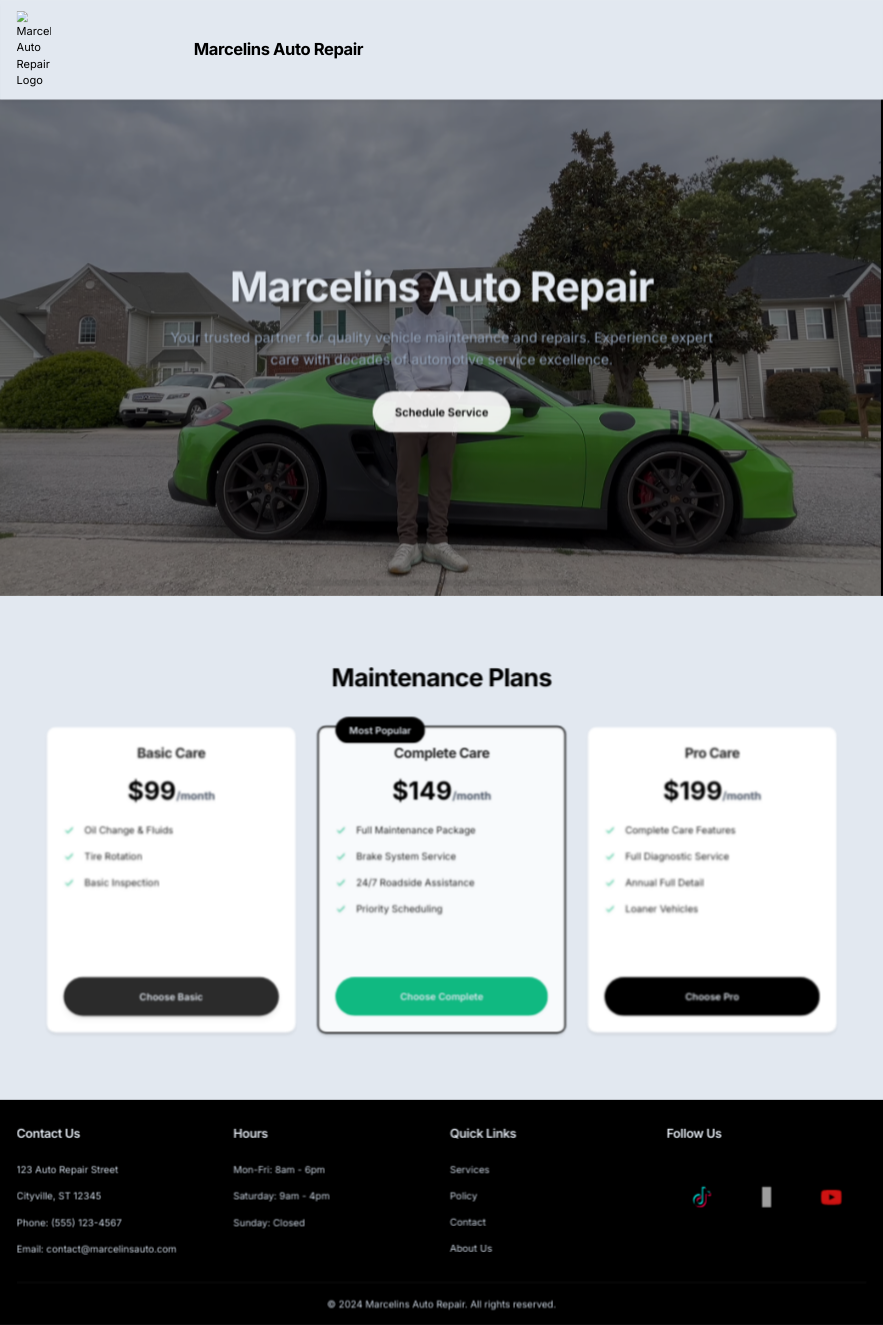
Repository: ilovegames507/twebsite-2
Page: frontend/public/index.html
The author's editor kept a copy of each file at every save. The page is drawn from the files as they stood at one save, then again after the next save.
The browser window is 1280 px wide. The pictures show the whole page, at 69% of full size.
The pointer rests on the first visible `.pricing__cta`.
Pictures or frames that could not be fetched are drawn as grey boxes.

Above is the page before, as saved 2025-03-17 22:06:32.

### frontend/public/index.html
<!DOCTYPE html>
<html lang="en">

<head>

  <head>
    <meta charset="UTF-8" />
    <meta name="viewport" content="width=device-width, initial-scale=1.0" />
    <link rel="preconnect" href="https://fonts.googleapis.com" />
    <link rel="preconnect" href="https://fonts.gstatic.com" crossorigin />
    <link
      href="https://fonts.googleapis.com/css2?family=Inter:ital,opsz,wght@0,14..32,100..900;1,14..32,100..900&family=Source+Code+Pro:ital,wght@0,200..900;1,200..900&display=swap"
      rel="stylesheet" />
    <link rel="stylesheet" href="styles/modern-normalize.css" />
    <link rel="stylesheet" href="styles/global.css" />
    <link rel="stylesheet" href="styles/components/header.css" />
    <link rel="stylesheet" href="styles/components/hero.css" />
    <link rel="stylesheet" href="styles/components/pricing.css" />

    <link rel="stylesheet" href="styles/components/footer.css" />
    <link rel="stylesheet" href="styles/utils.css" />

    <link rel="icon" type="image/x-icon" href="/src/Images/favicon.ico">
    <title>Marcelins Auto Repair</title>
  </head>
</head>

<body>
  <header class="header">
    <div class="header__container">
      <img src="/src/Images/favicon.ico" class="header__logo" alt="Marcelins Auto Repair Logo">
      <a href="/" class="header__title">Marcelins Auto Repair</a>
      <nav class="header__nav">
        <a class="header__link" href="#pricing">Servies</a>
        <a class="header__link" href="#features">Policy</a>
        <a class="header__link" href="#contact">Contact</a>
        <div class="header__btn-container">
          <button class="header__btn">Login</button>
          <button class="header__btn">Sign Up</button>
        </div>
      </nav>

      <button class="header__bars">
        <svg xmlns="http://www.w3.org/2000/svg" height="24px" viewBox="0 -960 960 960" width="24px">
          <path d="M120-240v-80h720v80H120Zm0-200v-80h720v80H120Zm0-200v-80h720v80H120Z" />
        </svg>
      </button>
    </div>
  </header>
  <section class="hero">
    <div class="hero__content">
      <h1 class="hero__title">Marcelins Auto Repair</h1>
      <p class="hero__description">Your trusted partner for quality vehicle maintenance and repairs. Experience expert
        care with decades of automotive service excellence.</p>
      <button class="hero__cta">Schedule Service</button>
    </div>
  </section>
<section class="pricing">
  <div class="pricing__container">
    <h2 class="pricing__title">Maintenance Plans</h2>
    <div class="pricing__cards">
      <div class="pricing__card">
        <h3 class="pricing__package">Basic Care</h3>
        <div class="pricing__amount">$99<span class="pricing__frequency">/month</span></div>
        <ul class="pricing__perks">
          <li class="pricing__perk">
            <svg class="pricing__checkmark" xmlns="http://www.w3.org/2000/svg" viewBox="0 0 24 24" fill="currentColor">
              <path d="M9 16.17 4.83 12l-1.42 1.41L9 19 21 7l-1.41-1.41z"/>
            </svg>
            Oil Change & Fluids
          </li>
          <li class="pricing__perk">
            <svg class="pricing__checkmark" xmlns="http://www.w3.org/2000/svg" viewBox="0 0 24 24" fill="currentColor">
              <path d="M9 16.17 4.83 12l-1.42 1.41L9 19 21 7l-1.41-1.41z"/>
            </svg>
            Tire Rotation
          </li>
          <li class="pricing__perk">
            <svg class="pricing__checkmark" xmlns="http://www.w3.org/2000/svg" viewBox="0 0 24 24" fill="currentColor">
              <path d="M9 16.17 4.83 12l-1.42 1.41L9 19 21 7l-1.41-1.41z"/>
            </svg>
            Basic Inspection
          </li>
        </ul>
        <button class="pricing__cta">Choose Basic</button>
      </div>

      <div class="pricing__card pricing__card--featured">
        <div class="pricing__badge">Most Popular</div>
        <h3 class="pricing__package">Complete Care</h3>
        <div class="pricing__amount">$149<span class="pricing__frequency">/month</span></div>
        <ul class="pricing__perks">
          <li class="pricing__perk">
            <svg class="pricing__checkmark" xmlns="http://www.w3.org/2000/svg" viewBox="0 0 24 24" fill="currentColor">
              <path d="M9 16.17 4.83 12l-1.42 1.41L9 19 21 7l-1.41-1.41z"/>
            </svg>
            Full Maintenance Package
          </li>
          <li class="pricing__perk">
            <svg class="pricing__checkmark" xmlns="http://www.w3.org/2000/svg" viewBox="0 0 24 24" fill="currentColor">
              <path d="M9 16.17 4.83 12l-1.42 1.41L9 19 21 7l-1.41-1.41z"/>
            </svg>
            Brake System Service
          </li>
          <li class="pricing__perk">
            <svg class="pricing__checkmark" xmlns="http://www.w3.org/2000/svg" viewBox="0 0 24 24" fill="currentColor">
              <path d="M9 16.17 4.83 12l-1.42 1.41L9 19 21 7l-1.41-1.41z"/>
            </svg>
            24/7 Roadside Assistance
          </li>
          <li class="pricing__perk">
            <svg class="pricing__checkmark" xmlns="http://www.w3.org/2000/svg" viewBox="0 0 24 24" fill="currentColor">
              <path d="M9 16.17 4.83 12l-1.42 1.41L9 19 21 7l-1.41-1.41z"/>
            </svg>
            Priority Scheduling
          </li>
        </ul>
        <button class="pricing__cta pricing__cta--featured">Choose Complete</button>
      </div>

      <div class="pricing__card">
        <h3 class="pricing__package">Pro Care</h3>
        <div class="pricing__amount">$199<span class="pricing__frequency">/month</span></div>
        <ul class="pricing__perks">
          <li class="pricing__perk">
            <svg class="pricing__checkmark" xmlns="http://www.w3.org/2000/svg" viewBox="0 0 24 24" fill="currentColor">
              <path d="M9 16.17 4.83 12l-1.42 1.41L9 19 21 7l-1.41-1.41z"/>
            </svg>
            Complete Care Features
          </li>
          <li class="pricing__perk">
            <svg class="pricing__checkmark" xmlns="http://www.w3.org/2000/svg" viewBox="0 0 24 24" fill="currentColor">
              <path d="M9 16.17 4.83 12l-1.42 1.41L9 19 21 7l-1.41-1.41z"/>
            </svg>
            Full Diagnostic Service
          </li>
          <li class="pricing__perk">
            <svg class="pricing__checkmark" xmlns="http://www.w3.org/2000/svg" viewBox="0 0 24 24" fill="currentColor">
              <path d="M9 16.17 4.83 12l-1.42 1.41L9 19 21 7l-1.41-1.41z"/>
            </svg>
            Annual Full Detail
          </li>
          <li class="pricing__perk">
            <svg class="pricing__checkmark" xmlns="http://www.w3.org/2000/svg" viewBox="0 0 24 24" fill="currentColor">
              <path d="M9 16.17 4.83 12l-1.42 1.41L9 19 21 7l-1.41-1.41z"/>
            </svg>
            Loaner Vehicles
          </li>
        </ul>
        <button class="pricing__cta">Choose Pro</button>
      </div>
    </div>
  </div>
</section>

  <footer class="footer">
    <div class="footer__container">
      <div class="footer__content">
        <div class="footer__section">
          <h3 class="footer__heading">Contact Us</h3>
          <p class="footer__text">123 Auto Repair Street</p>
          <p class="footer__text">Cityville, ST 12345</p>
          <p class="footer__text">Phone: (555) 123-4567</p>
          <p class="footer__text">Email: contact@marcelinsauto.com</p>
        </div>

        <div class="footer__section">
          <h3 class="footer__heading">Hours</h3>
          <p class="footer__text">Mon-Fri: 8am - 6pm</p>
          <p class="footer__text">Saturday: 9am - 4pm</p>
          <p class="footer__text">Sunday: Closed</p>
        </div>

        <div class="footer__section">
          <h3 class="footer__heading">Quick Links</h3>
          <a href="#services" class="footer__link">Services</a>
          <a href="#policy" class="footer__link">Policy</a>
          <a href="#contact" class="footer__link">Contact</a>
          <a href="#about" class="footer__link">About Us</a>
        </div>

        <div class="footer__section">
          <h3 class="footer__heading">Follow Us</h3>
          <div class="footer__socials">
            <a href="#" class="footer__social-link" aria-label="TicTok">
              <img src="src/Images/tictok.svg" alt="TicTok">
            </a>
            <a href="#" class="footer__social-link" aria-label="Instagram">
              <img src="src/Images/instagram.svg" alt="Instagram">
            </a>
            <a href="#" class="footer__social-link" aria-label="YouTube">
              <img src="src/Images/youtube.svg" alt="YouTube">
            </a>
          </div>
        </div>
      </div>

      <div class="footer__bottom">
        <p class="footer__copy">&copy; 2024 Marcelins Auto Repair. All rights reserved.</p>
      </div>
    </div>
  </footer>
  <script>
    document.querySelector('.header__bars').addEventListener('click', function () {
      document.querySelector('.header').classList.toggle('header--mobile-open');
    });
  </script>
</body>

</html>

### frontend/public/styles/global.css
:root {
  /* fonts */
  --font-primary: 'Inter', sans-serif;
  --font-secondary: 'Source Code Pro', monospace;

  /* colors */
  --clr-dark: #000000;
  --clr-gray: #2b2b2b;
  --clr-light: #ffffff;
  --clr-white: rgb(255, 255, 255);
  --clr-green: #10b981;

  --clr-slate50: #f8fafc;
  --clr-slate100: #f1f5f9;
  --clr-light: #e2e8f0;
  --clr-slate300: #cbd5e1;
  --clr-text: #94a3b8;
  --clr-slate800: #1e293b;
  --clr-bg: #0a101f;

  --clr-muted: #4a5566;

  /* shadow */
  --shadow: 0 4px 6px -1px rgba(0, 0, 0, 0.1);

  /* transtion */
  --transition: all 0.3s cubic-bezier(0.4, 0, 0.2, 1);

  /* sizes */
  --size-xxs: 0.5rem;
  --size-xs: 0.75rem;
  --size-sm: 0.875rem;
  --size-base: 1rem;
  --size-lg: 1.125rem;
  --size-xl: 1.25rem;
  --size-2xl: 1.5rem;
  --size-3xl: 1.875rem;
  --size-4xl: 2.25rem;
  --size-5xl: 3rem;
  --size-6xl: 3.75rem;
  --size-7xl: 4.5rem;
  --size-8xl: 6rem;
  --size-9xl: 8rem;
  --size-10xl: 10rem;
}

* {
  margin: 0;
  padding: 0;
  line-height: calc(1em + 0.5rem);
  animation: fadeIn 0.5s cubic-bezier(0.4, 0, 0.2, 1) both;
  animation-delay: 0.01s;
}

body {
  font-family: var(--font-primary);
  background-color: var(--clr-light);
  color: var(--clr-dark);
}

img,
picture,
video,
canvas,
svg {
  display: block;
  max-width: 100%;
}

input,
button,
textarea,
select {
  font: inherit;
}

button {
  border: none;
  background: none;
  color: inherit;
  cursor: pointer;
}

h1,
h2,
h3,
h4,
h5,
h6 {
  letter-spacing: -0.025em;
}

p {
  color: var(--clr-text);
}

a {
  color: var(--clr-slate50);
}

strong {
  color: #ff0000;
  font-weight: 800;
}

button:focus-visible,
a:focus-visible {
  outline: solid var(--clr-light);
}

body::-webkit-scrollbar {
  width: 5px;
}

body::-webkit-scrollbar-track {
  box-shadow: inset 0 0 6 px rgba(0, 0, 0, 0);
}

body::-webkit-scrollbar-thumb {
  background: #bebebe;
  border-radius: 1000px;
}

body::-webkit-scrollbar-thumb:hover {
  background: #555;
}

@keyframes fadeIn {
  from {
    opacity: 0;
    transform: translateY(-20px);
  }

  to {
    opacity: 1;
    transform: translateY(0);
  }
}

h1,
h2,
h3,
h4,
h5,
h6 {
  animation-delay: 0.3s;
}

p,
a,
button {
  animation-delay: 0.4s;
}

img {
  animation-delay: 0.5s;
}

### frontend/public/styles/components/hero.css
.hero {
    position: relative;
    min-height: 100vh;
    background-image: linear-gradient(rgba(0, 0, 0, 0.5), rgba(0, 0, 0, 0.5)),
                  url('/frontend/public/src/Images/IMG_5435.jpg');
    background-size: cover;
    background-position: center;
    background-repeat: no-repeat;
    display: flex;
    align-items: center;
    padding: 2rem;
  }

  .hero__content {
    position: relative;
    max-width: 800px;
    margin: 0 auto;
    text-align: center;
    color: var(--clr-light);
    z-index: 1;
  }

  .hero__title {
    font-size: var(--size-6xl);
    margin-bottom: var(--size-2xl);
    text-shadow: 2px 2px 4px rgba(0, 0, 0, 0.5);
  }

  .hero__description {
    font-size: var(--size-xl);
    margin-bottom: var(--size-3xl);
    line-height: 1.6;
    text-shadow: 1px 1px 2px rgba(0, 0, 0, 0.3);
  }

  .hero__cta {
    background-color: rgba(255, 255, 255, 0.9);
    color: var(--clr-dark);
    padding: var(--size-base) var(--size-3xl);
    border-radius: 50px;
    font-weight: 600;
    transition: var(--transition);
    border: 2px solid transparent;
  }

  .hero__cta:hover {
    background-color: var(--clr-light);
    transform: translateY(-2px);
    box-shadow: var(--shadow);
  }

  @media (max-width: 768px) {
    .hero__title {
      font-size: var(--size-4xl);
    }

    .hero__description {
      font-size: var(--size-lg);
    }
  }

### frontend/public/styles/components/pricing.css
/* Pricing Section */
.pricing {
    padding: var(--size-8xl) 0;
    background-color: var(--clr-light);
  }

  .pricing__container {
    max-width: 1200px;
    margin: 0 auto;
    padding: 0 var(--size-2xl);
  }

  .pricing__title {
    font-size: var(--size-4xl);
    text-align: center;
    margin-bottom: var(--size-5xl);
    color: var(--clr-dark);
  }

  .pricing__cards {
    display: flex;
    gap: var(--size-2xl);
    justify-content: center;
    align-items: center;
  }

  .pricing__card {
    background: var(--clr-white);
    border-radius: 12px;
    padding: var(--size-2xl);
    box-shadow: var(--shadow);
    flex: 1;
    max-width: 360px;
    position: relative;
    transition: var(--transition);
  }

  .pricing__card--featured {
    background: var(--clr-slate50);
    border: 2px solid var(--clr-dark);
    transform: scale(1.05);
    z-index: 1;
    margin: 0 var(--size-xxs);
  }

  .pricing__badge {
    position: absolute;
    top: -15px;
    transform: translateX(-50%);
    background: var(--clr-dark);
    color: var(--clr-light);
    padding: var(--size-xxs) var(--size-xl);
    border-radius: 50px;
    font-size: var(--size-sm);
    font-weight: 600;
  }

  .pricing__package {
    font-size: var(--size-xl);
    margin-bottom: var(--size-lg);
    color: var(--clr-gray);
    text-align: center;
  }

  .pricing__amount {
    font-size: var(--size-4xl);
    font-weight: 700;
    margin-bottom: var(--size-2xl);
    color: var(--clr-dark);
    text-align: center;
  }

  .pricing__frequency {
    font-size: var(--size-base);
    color: var(--clr-muted);
  }

  .pricing__perks {
    list-style: none;
    margin-bottom: var(--size-2xl);
    text-align: left;
    min-height: 200px;
  }

  .pricing__perk {
    display: flex;
    align-items: center;
    gap: var(--size-sm);
    margin-bottom: var(--size-base);
    color: var(--clr-gray);
    font-size: var(--size-sm);
  }

  .pricing__checkmark {
    width: var(--size-base);
    height: var(--size-base);
    color: var(--clr-green);
    flex-shrink: 0;
  }

  .pricing__cta {
    background-color: var(--clr-dark);
    color: var(--clr-light);
    padding: var(--size-base) var(--size-xl);
    border-radius: 50px;
    font-weight: 600;
    transition: var(--transition);
    width: 100%;
    font-size: var(--size-sm);
  }

  .pricing__cta:hover {
    background-color: var(--clr-gray);
  }

  .pricing__cta--featured {
    background: var(--clr-green);
  }

  .pricing__cta:hover {
    transform: translateY(-2px);
    box-shadow: var(--shadow);
  }

  @media (max-width: 768px) {
    .pricing__cards {
      flex-direction: column;
    }

    .pricing__card {
      width: 100%;
      max-width: 400px;
    }

    .pricing__card--featured {
      transform: none;
      margin: 0;
    }

    .pricing__title {
      font-size: var(--size-3xl);
    }

    .pricing__package {
      font-size: var(--size-lg);
    }

    .pricing__amount {
      font-size: var(--size-3xl);
    }
  }

### frontend/public/styles/components/footer.css
html {
    height: 100%;
}

body {
    min-height: 100vh;
    display: flex;
    flex-direction: column;
}

main {
    flex: 1 0 auto;
    width: 100%;
}

.footer {
    background-color: var(--clr-dark);
    color: var(--clr-light);
    padding: var(--size-4xl) 0 0;
    margin-top: auto;
}

.footer__container {
    max-width: 1440px;
    margin: 0 auto;
    padding: 0 var(--size-2xl);
}

.footer__content {
    display: grid;
    grid-template-columns: repeat(auto-fit, minmax(250px, 1fr));
    gap: var(--size-2xl);
    padding-bottom: var(--size-4xl);
}

.footer__section {
    display: flex;
    flex-direction: column;
    gap: var(--size-base);
}

.footer__heading {
    font-size: var(--size-lg);
    font-weight: 600;
    margin-bottom: var(--size-xs);
    color: var(--clr-light);
}

.footer__text {
    font-size: var(--size-sm);
    color: var(--clr-slate300);
    line-height: 1.6;
}

.footer__link {
    color: var(--clr-slate300);
    text-decoration: none;
    font-size: var(--size-sm);
    transition: var(--transition);
}

.footer__link:hover {
    color: var(--clr-light);
    transform: translateX(4px);
}

.footer__socials {
    display: flex;
}

.footer__social-link {
    color: var(--clr-slate300);
    transition: var(--transition);
    padding: var(--size-4xl);
    display: flex;
}

.footer__social-link:hover {
    color: var(--clr-light);
    transform: translateY(-2px);
}

.footer__bottom {
    border-top: 1px solid rgba(255, 255, 255, 0.1);
    padding: var(--size-xl) 0;
    text-align: center;
}

.footer__copy {
    font-size: var(--size-sm);
    color: var(--clr-slate300);
    margin: 0;
}

@media (max-width: 768px) {
    .footer__content {
        grid-template-columns: 1fr;
        text-align: center;
    }

    .footer__section {
        align-items: center;
    }

    .footer__link:hover {
        transform: none;
    }
}

### frontend/public/styles/utils.css
/* xs */
/* @media (min-width: 475px) {} */

/* sm */
/* @media (min-width: 640px) {} */

/* md */
/* @media (min-width: 768px) {} */

/* lg */
/* @media (min-width: 1024px) {} */

/* xl */
/* @media (min-width: 1280px) {} */

/* 2xl */
/* @media (min-width: 1536px) {} */

.container {
    width: 100%;
    margin-inline: auto;
    padding-inline: 0.5rem;
  }

  .btn {
    display: inline-block;
    background-color: rgb(255, 255, 255);
    color: var(--clr-dark);
    padding: 0.5em 1em;
    font-weight: 500;
    border-radius: 6px;
    line-height: 1.75rem;
    text-decoration: none;
    transition: 0.2s ease-in-out;
  }

  .btn:hover {
    transform: translateY(2px);
    background-color: rgb(168, 168, 168);
  }

  btn:focus-visible {
    outline: solid var(--clr-text);
  }

  .section {
    margin-top: 5rem;
  }

  .title {
    text-transform: uppercase;
    margin-bottom: 1rem;
    font-family: var(--font-secondary);
    color: var(--clr-text);
    font-size: var(--size-base);
  }

  /* xs */
  @media (min-width: 475px) {
    .container {
      max-width: 475px;
    }
  }

  /* sm */
  @media (min-width: 640px) {
    .container {
      max-width: 640px;
    }

    .title {
      font-size: var(--size-sm);
    }
  }

  /* md */
  @media (min-width: 768px) {
    .container {
      max-width: 768px;
    }
  }

  /* lg */
  @media (min-width: 1024px) {
    .container {
      max-width: 1024px;
    }

    .section {
      margin-top: 10rem;
    }

    .title {
      font-size: var(--size-base);
    }
  }

  /* xl */
  @media (min-width: 1280px) {
    .container {
      max-width: 1280px;
    }
  }

  /* 2xl */
  @media (min-width: 1536px) {
    .container {
      max-width: 1536px;
    }
  }

Loaded but not shown: frontend/public/styles/modern-normalize.css (203 lines, source omitted); frontend/public/styles/components/header.css (153 lines, source omitted)

After the next save:
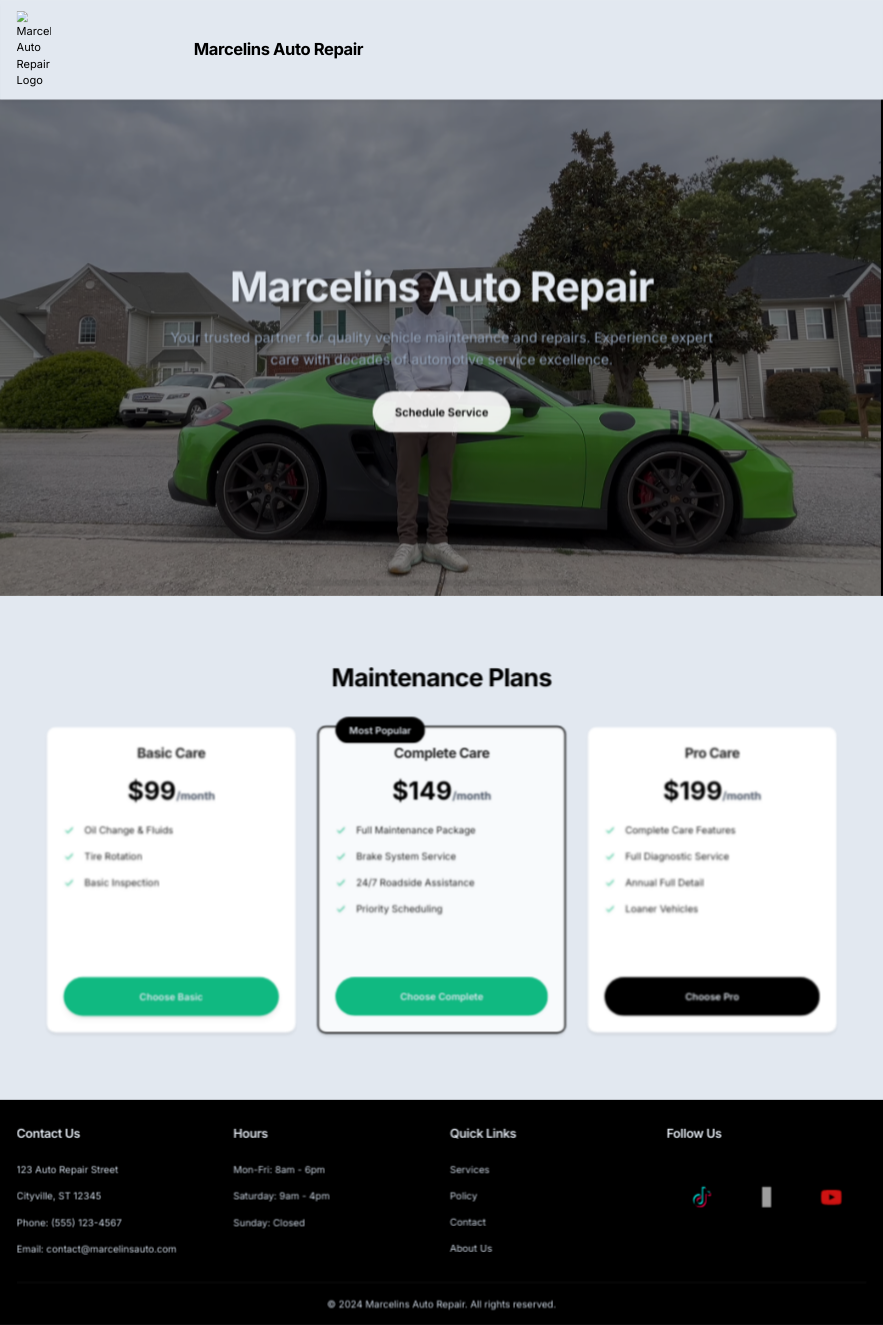
Saved 23 s later.
--- a/frontend/public/styles/components/pricing.css
+++ b/frontend/public/styles/components/pricing.css
@@ -118,6 +118,10 @@
   }
 
   .pricing__cta:hover {
+    background: var(--clr-green);
+  }
+
+  .pricing__cta:hover {
     transform: translateY(-2px);
     box-shadow: var(--shadow);
   }

After the save that followed:
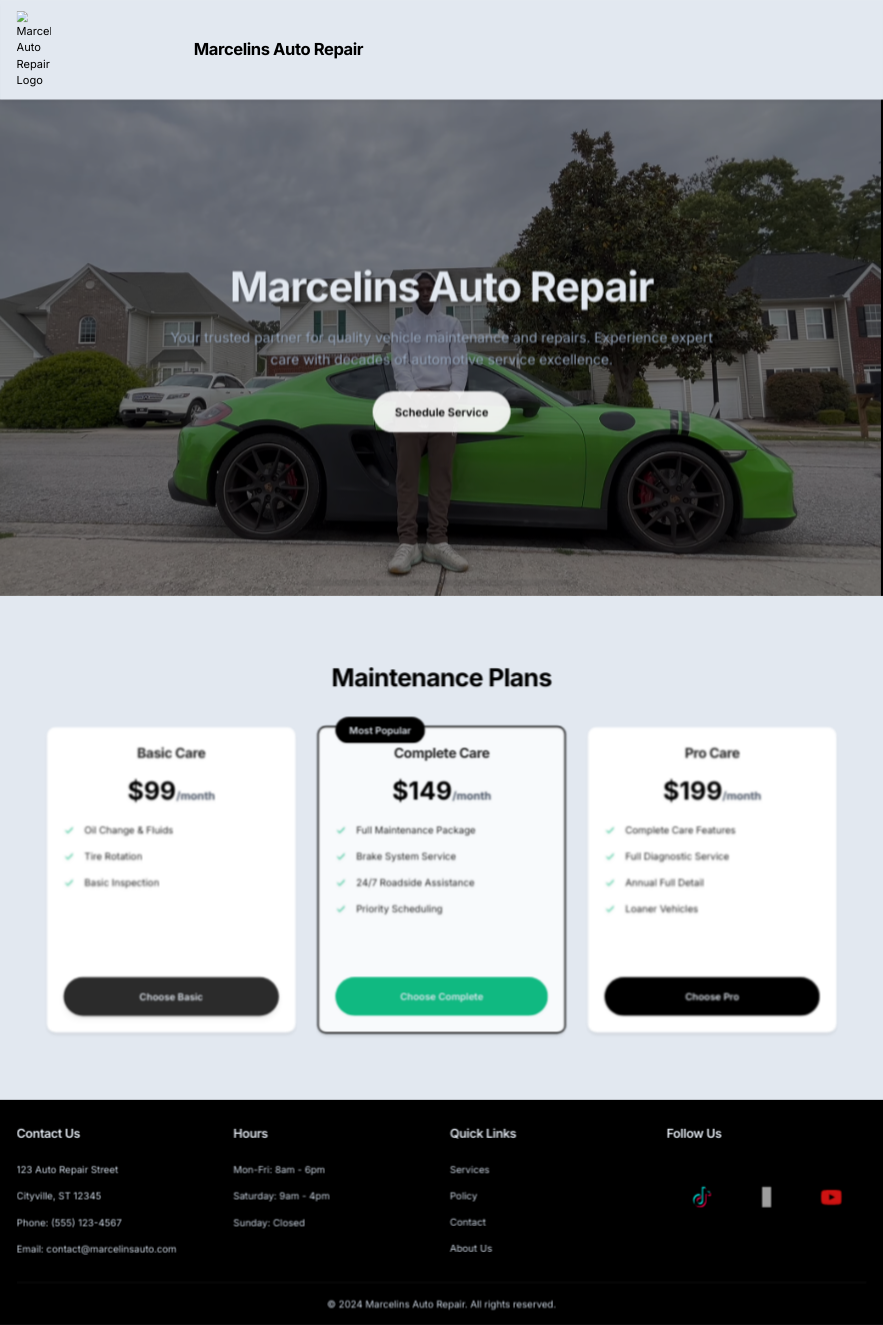
Saved 7 s later.
--- a/frontend/public/styles/components/pricing.css
+++ b/frontend/public/styles/components/pricing.css
@@ -117,7 +117,7 @@
     background: var(--clr-green);
   }
 
-  .pricing__cta:hover {
+  .pricing__cta--featured:hover {
     background: var(--clr-green);
   }
 
